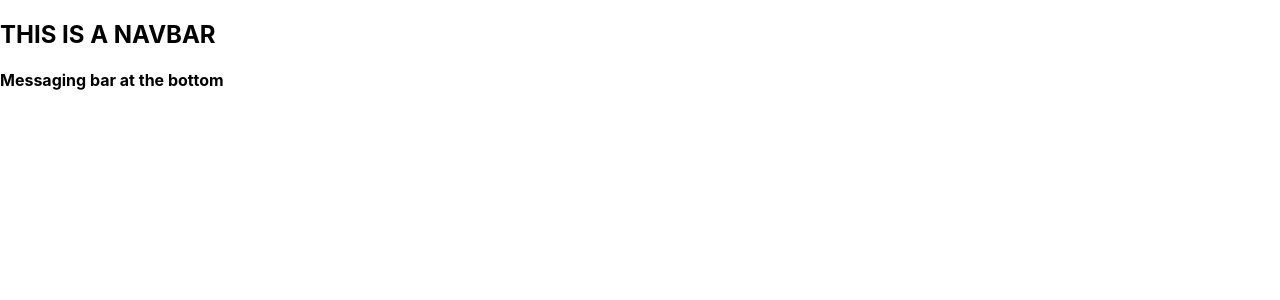
Repository: react-for-web-developers/03-react-components
Page: / (app in exercises/linkedin/)
The author's editor kept a copy of each file at every save. The page is drawn from the files as they stood at one save, then again after a run of saves.
The browser window is 1280 px wide. The pictures show the whole page.
The project was rebuilt for these pictures with package versions that can differ from the ones it lists, and the page was loaded fresh each time. Also part of the build but not shown: exercises/linkedin/src/App.css.

Above is the page before, as saved 2021-10-13 23:02:24.

### exercises/linkedin/src/App.js
import './App.css';
import NavBar from './components/NavBar';
import Messaging from './components/Messaging';

function App() {
  return (
    <div>
      <NavBar/>
      <Messaging/>
    </div>
  );
}

export default App;

### exercises/linkedin/src/components/NavBar.js
import React from 'react'

export default function NavBar() {
    return (
        <div>
            <h2>THIS IS A NAVBAR</h2>
        </div>
    )
}

### exercises/linkedin/src/components/Messaging.js
import React from 'react'
import Conversation from './Conversation'


export default function Messaging() {
    return (
        <div>
            <h4>Messaging bar at the bottom</h4>

        </div>
    )
}

### exercises/linkedin/src/components/Conversation.js
import React from 'react'

export default function Conversation() {
    return (
        <div>
            <h5>This is a conversation</h5>
        </div>
    )
}

Loaded but not shown: exercises/linkedin/public/index.html (common file); exercises/linkedin/src/index.js (common file); exercises/linkedin/src/index.css (common file); exercises/linkedin/src/reportWebVitals.js (common file)

After the next 4 saves:
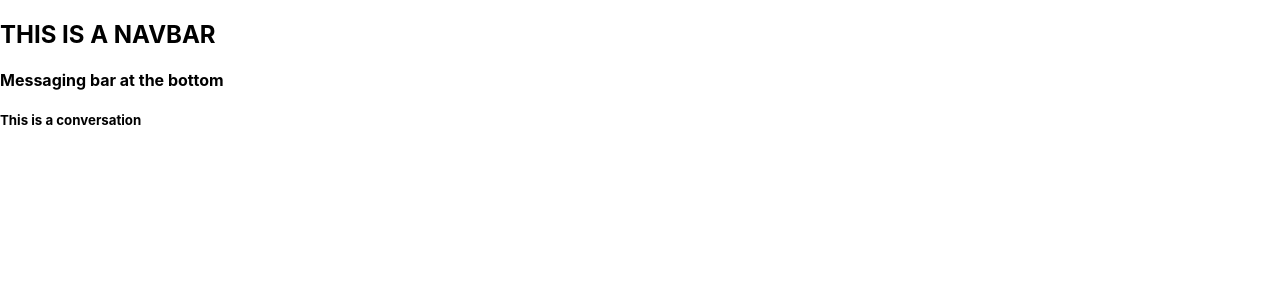
The 4 saves are shown as one change because they came seconds apart.
The last was saved 12 s later.
--- a/exercises/linkedin/src/components/Messaging.js
+++ b/exercises/linkedin/src/components/Messaging.js
@@ -6,7 +6,7 @@
     return (
         <div>
             <h4>Messaging bar at the bottom</h4>
-
+            <Conversation/>
         </div>
     )
 }

After the save that followed:
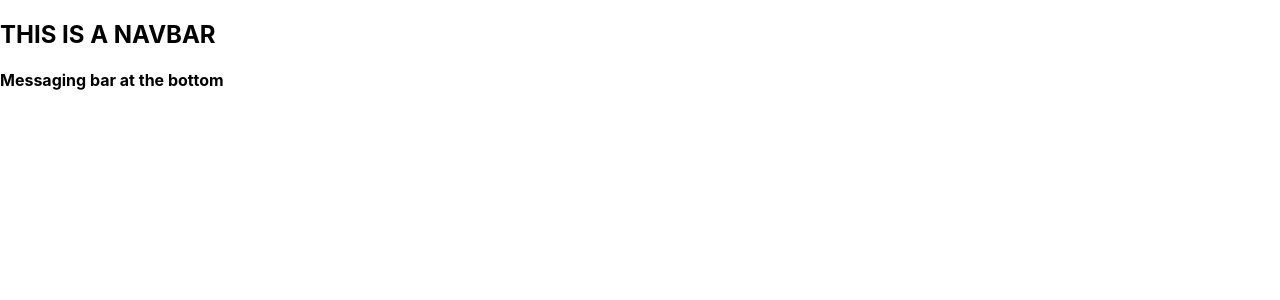
Saved 71 s later.
--- a/exercises/linkedin/src/components/Messaging.js
+++ b/exercises/linkedin/src/components/Messaging.js
@@ -6,7 +6,7 @@
     return (
         <div>
             <h4>Messaging bar at the bottom</h4>
-            <Conversation/>
+
         </div>
     )
 }
